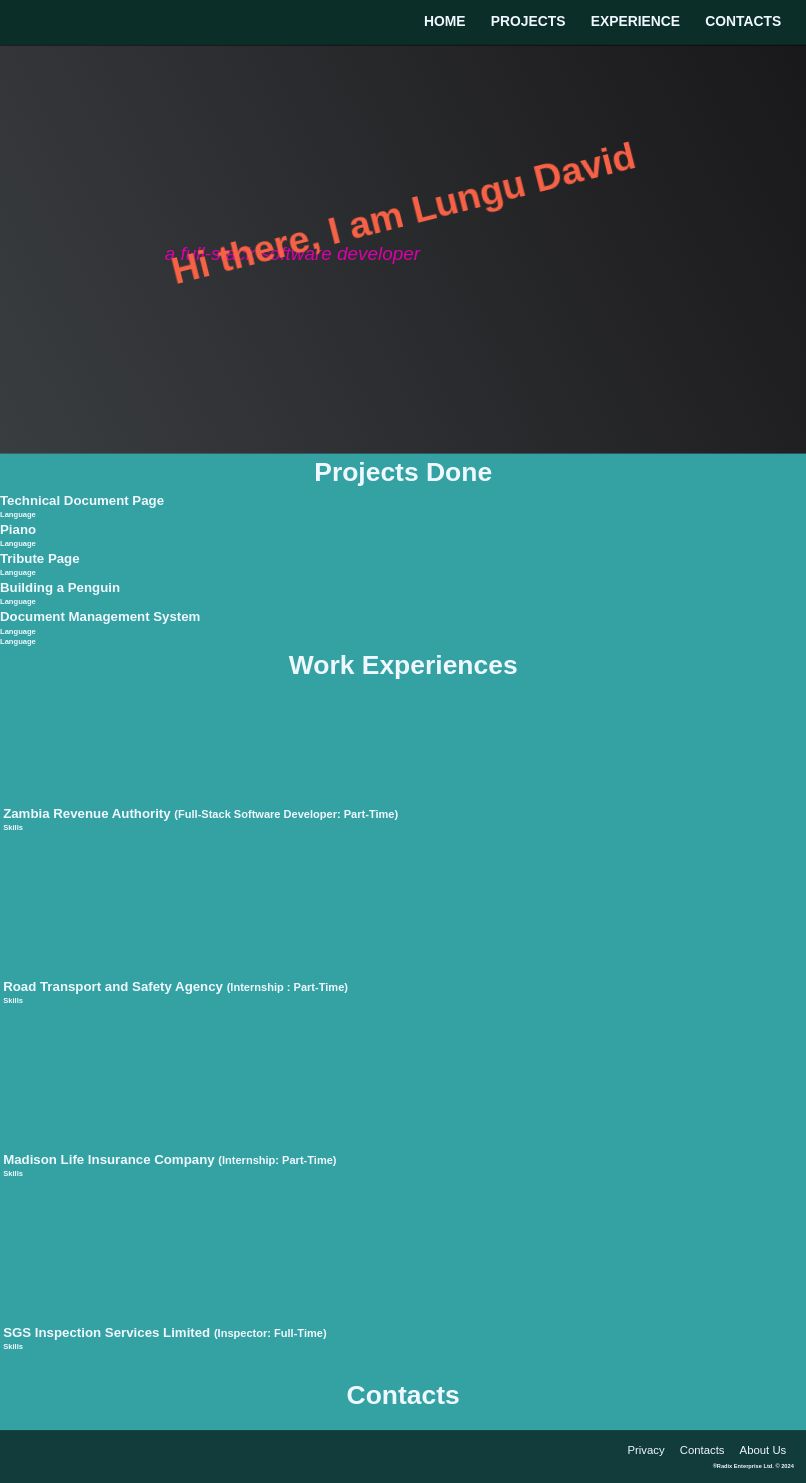
Repository: Lungdjos/personal_portifolio
Page: html/index.html
These files come from the project's save history. The page is drawn as it stood at one moment and after a run of saves; the edit follows.
The browser window is 1280 px wide. The pictures show the whole page, at 63% of full size.

Above is the page before, as saved 2024-02-02 01:19:59.

### html/index.html
<!DOCTYPE html>
<html lang="en">

<head>
    <meta charset="UTF-8">
    <meta name="viewport" content="width=device-width, initial-scale=1.0">
    <title>Personal Portifolio</title>
    <link rel="stylesheet" href="/css/styles.css">
    <!-- <link href="https://cdn.jsdelivr.net/npm/bootstrap@5.3.2/dist/css/bootstrap.min.css" rel="stylesheet" integrity="sha384-T3c6CoIi6uLrA9TneNEoa7RxnatzjcDSCmG1MXxSR1GAsXEV/Dwwykc2MPK8M2HN" crossorigin="anonymous"> -->
</head>

<body>
    <header class="header">
        <nav id="navbar">
            <ul class="nav-list">
                <li><a href="#Home" class="nav-link"><i class=""></i>Home</a></li>
                <li>
                    <a href="#Works" class="nav-link"> <i class=""></i>Projects</a>
                </li>
                <li>
                    <a href="#Work-Experience" class="nav-link"> <i class=""></i>Experience</a>
                </li>
                <li><a href="#Contacts" class="nav-link"><i class=""></i>Contacts</a></li>
            </ul>
        </nav>
    </header>
    <main class="m-3">
        <div id="spacer"></div>
        <section class="home" id="Home">
            <div id="welcome-section">
                <h1 id="title">Hi there, I am Lungu David</h1>
                <p id="sub-title">a full-stack software developer</p>
            </div>
        </section>
        <div id="spacer"></div>
        <section class="works" id="Works">
            <h2>Projects Done</h2>
            <div class="grid">
                <div class="projects">
                    <h3>Technical Document Page</h3>
                    <h6 class="language">Language</h6>
                    <p>
                        <ul>
                            <li></li>
                        </ul>
                    </p>
                </div>
                <div class="projects">
                    <h3>Piano</h3>
                    <h6 class="language">Language</h6>
                    <p>
                        <ul>
                            <li></li>
                        </ul>
                    </p>
                </div>
                <div class="projects">
                    <h3>Tribute Page</h3>
                    <h6 class="language">Language</h6>
                    <p>
                        <ul>
                            <li></li>
                        </ul>
                    </p>
                </div>
                <div class="projects">
                    <h3>Building a Penguin</h3>
                    <h6 class="language">Language</h6>
                    <p>
                        <ul>
                            <li></li>
                        </ul>
                    </p>
                </div>
                <div class="projects">
                    <h3>Document Management System</h3>
                    <h6 class="language">Language</h6>
                    <p>
                        <ul>
                            <li></li>
                        </ul>
                    </p>
                </div>
                <div class="projects">
                    <h3></h3>
                    <h6 class="language">Language</h6>
                    <p>
                        <ul>
                            <li></li>
                        </ul>
                    </p>
                </div>
            </div>
        </section>
        <div id="spacer"></div>
        <section class="" id="Work-Experience">
            <h2>Work Experiences</h2>
            <div id="grid">
                <div id="icon"></div>
                <div class="experience">
                    <h3>Zambia Revenue Authority <small>(Full-Stack Software Developer: Part-Time)</small></h3>
                    <h6 class="skills">Skills</h6>
                    <p>
                        <ul>
                            <li></li>
                            <li></li>
                            <li></li>
                            <li></li>
                        </ul>
                    </p>
                </div>
            </div>

            <div id="grid">
                <div id="icon"></div>
                <div class="experience">
                    <h3>Road Transport and Safety Agency <small>(Internship : Part-Time)</small></h3>
                    <h6 class="skills">Skills</h6>
                    <p>
                        <ul>
                            <li></li>
                            <li></li>
                            <li></li>
                            <li></li>
                        </ul>
                    </p>
                </div>
            </div>

            <div id="grid">
                <div id="icon"></div>
                <div class="experience">
                    <h3>Madison Life Insurance Company <small>(Internship: Part-Time)</small></h3>
                    <h6 class="skills">Skills</h6>
                    <p>
                        <ul>
                            <li></li>
                            <li></li>
                            <li></li>
                            <li></li>
                        </ul>
                    </p>
                </div>
            </div>

            <div id="grid">
                <div id="icon"></div>
                <div class="experience">
                    <h3>SGS Inspection Services Limited <small>(Inspector: Full-Time)</small></h3>
                    <h6 class="skills">Skills</h6>
                    <p>
                        <ul>
                            <li></li>
                            <li></li>
                            <li></li>
                            <li></li>
                        </ul>
                    </p>
                </div>
            </div>
        </section>
        <div id="spacer"></div>
        <section class="contact" id="Contacts">
            <h2>Contacts</h2>
        </section>
    </main>
    <footer>
        <ul>
            <li><a href="">Privacy</a></li>
            <li><a href="">Contacts</a></li>
            <li><a href="">About Us</a></li>
        </ul>
        <span>&REG;Radix Enterprise Ltd. &copy; 2024</span>
    </footer>
</body>

</html>

### css/styles.css
/** STYLING FOR THE PORTIFOLIO **/


/* the root selector */

:root {
    /* colors */
    --main-col: aliceblue;
    --bc-1: #34a2a2;
    --bc-2: #0b2e28;
    --bc-3: #123b3b;
    --bc-4: #45567d;
    /* values */
}

html {
    font-size: 62.5%;
    box-sizing: border-box;
    scroll-behavior: smooth;
}

* {
    margin: 0;
    padding: 0;
}


/* box-sizing and font sizing */

*,
*::before,
*::after {
    box-sizing: inherit;
}


/* body styling */

body {
    font-family: 'Poppins', sans-serif;
    font-size: 1.8rem;
    font-weight: 400;
    line-height: 1.4;
    color: var(--main-col);
    background-color: var(--bc-1);
}


/* headings styling */

h1,
h2 {
    font-family: 'Raleway', sans-serif;
    font-weight: 600;
    text-align: center;
}

h1 {
    font-size: 6rem;
}

h2 {
    font-size: 4.2rem;
}


/* List and anchor styling */

ul {
    list-style: none;
}

a {
    color: var(--main-col);
    text-decoration: none;
}

img {
    display: block;
    width: 100%;
}


/* nav bar styling */

nav {
    font-weight: 600;
}

.header {
    display: flex;
    justify-content: flex-end;
    position: fixed;
    top: 0;
    left: 0;
    width: 100%;
    box-shadow: 0 2px 0 rgba(0, 0, 0, 0.4);
    z-index: 10;
    background-color: var(--bc-2);
}

nav>ul {
    display: flex;
    margin-right: 2rem;
    text-transform: uppercase;
}

.nav-list a {
    display: block;
    font-size: 2.2rem;
    padding: 2rem;
}

.nav-list a:hover {
    background: var(--bc-4);
}


/* body tyling */

#spacer {
    max-width: 1000px;
    width: 100%;
    margin: 0 auto;
}

main>li {
    list-style-type: disc;
}


/* Styling or the Home Page */

.home {
    width: 100%;
    height: 100vh;
    display: flex;
    flex-direction: column;
    justify-content: center;
    align-items: center;
    background: inherit;
    background-image: linear-gradient(62deg, #3a3d40 0%, #181719 100%);
}

#welcome-section>p {
    font-size: 3rem;
    font-weight: 200;
    font-style: italic;
    color: #d0a;
}

#title {
    animation: rotateAndChangeColor 4s infinite alternate;
}

#
/* Work Experience */

#Work-Experience {
    margin-top: 5px;
}

#Work-Experience #icon {
    display: flex;
    flex-direction: column;
    justify-content: center;
    height: 150px;
    width: 20vw;
}

#Work-Experience .experience {
    display: flex;
    flex-direction: column;
    justify-content: center;
    height: 125px;
    width: 80vw;
    padding: 5px;
}


/* footer styling */

footer {
    margin-top: 25px;
    padding: 20px;
    width: 100%;
    background-color: var(--bc-3);
}

footer>ul {
    display: flex;
    justify-content: flex-end;
}

footer>ul>li {
    padding: 0 12px;
}

footer>span {
    display: flex;
    justify-content: flex-end;
    margin-top: 6px;
    font-size: .9rem;
    font-weight: bold;
}


/* ANIMATIONS AND EFFECTS */

@keyframes rotateAndChangeColor {
    0% {
        transform: rotate(0deg);
        color: #333;
    }
    100% {
        transform: rotate(360deg);
        color: #ff6347;
        /* Change to the desired color */
    }
}


/* STYLING FOR SMALL DEVICES */


/* 1200px / 16px = 75em */

@media (max-width: 75em) {
    html {
        font-size: 60%;
    }
}


/* 980px / 16px = 61.25em */

@media (max-width: 61.25em) {
    html {
        font-size: 58%;
    }
}


/* 460px / 16px = 28.75em */

@media (max-width: 28.75em) {
    html {
        font-size: 55%;
    }
}


/* nav bar media queries */

@media (max-width: 28.75em) {
    #navbar {
        justify-content: center;
    }
    .nav-list {
        margin: 0 1rem;
    }
}

After the next 8 saves:
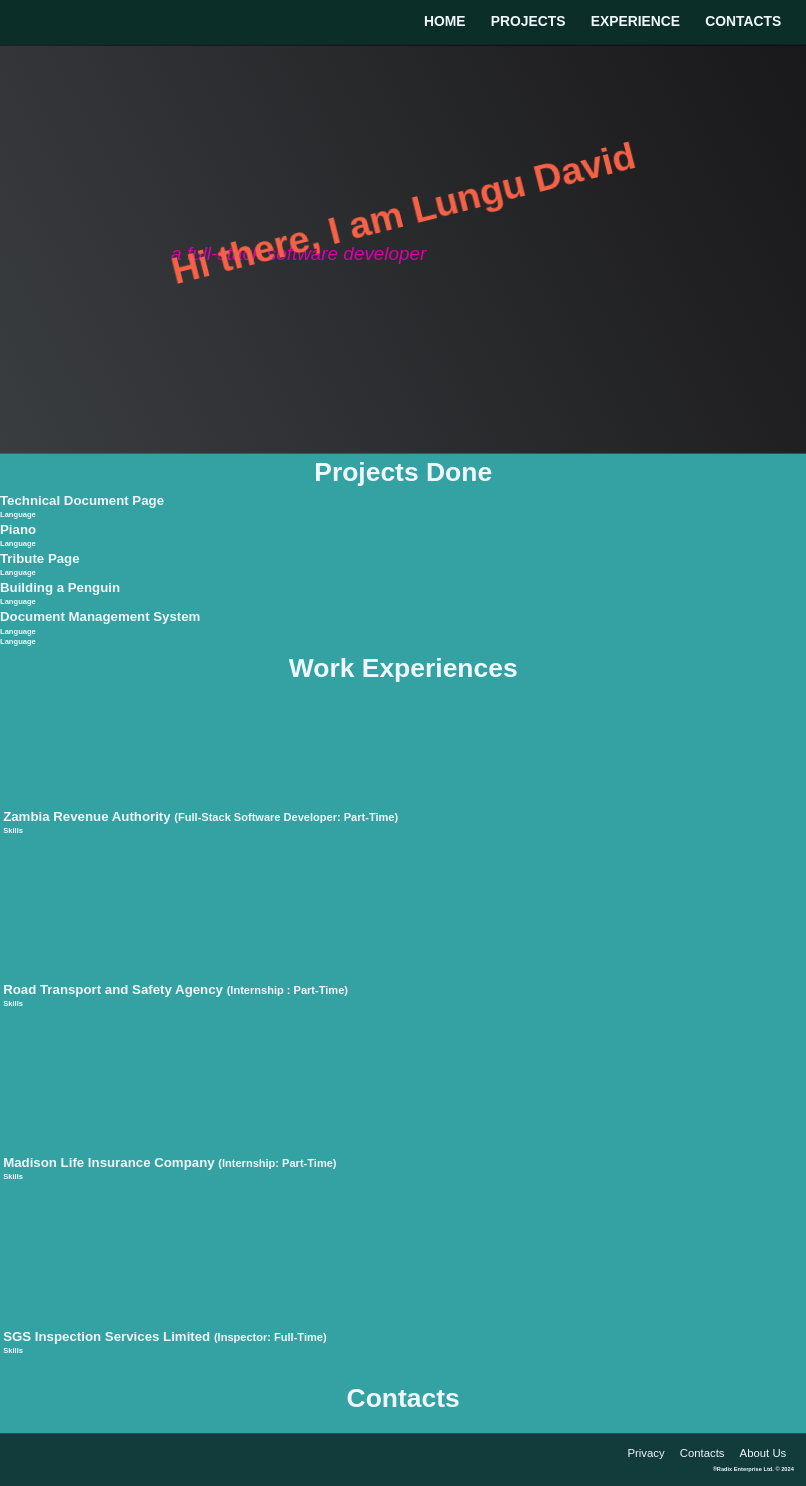
The 8 saves are shown as one change because they came seconds apart.
The last was saved 23 s later.
--- a/css/styles.css
+++ b/css/styles.css
@@ -153,7 +153,11 @@ main>li {
     animation: rotateAndChangeColor 4s infinite alternate;
 }
 
-#
+#sub-title {
+    text-indent: 10px;
+}
+
+
 /* Work Experience */
 
 #Work-Experience {
